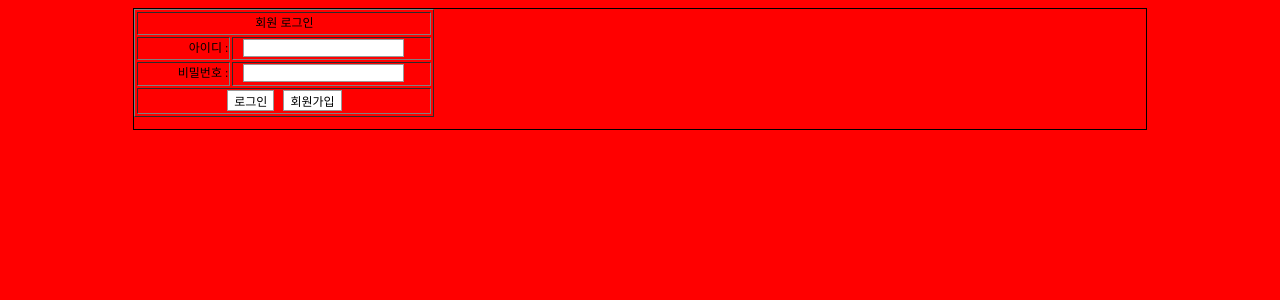
Repository: kdongjin/jspStudy
Page: http://localhost/jspStudy/memberone/login.jsp
These files come from the project's save history. The page is drawn as it stood at one moment and after the next save; the edit follows.
The browser window is 1280 px wide. The pictures show the whole page.
The page is served by Tomcat 9. Nobody is signed in. The application's start-up code is not run. Other server files are loaded and not shown.

Above is the page before, as saved 2024-12-11 00:50:14.

### jspStudy/src/main/webapp/memberone/login.jsp
<%@ page contentType="text/html; charset=UTF-8"%>
<html>
<head>
<title>Log in</title>
<link href="style.css" type="text/css" rel="stylesheet" />
</head>
<body>
	<main>
		<form method="post" action="#">
			<table width="300" border="1">
				<tr>
					<td colspan="2" align="center">회원 로그인</td>
				</tr>
				<tr>
					<td align="right" width="100">아이디 :</td>
					<td width="200">&nbsp;&nbsp; <input type="text" name="id"
						size="20" /></td>
				</tr>
				<tr>
					<td align="right" width="100">비밀번호 :</td>
					<td width="200">&nbsp;&nbsp; <input type="password"
						name="pass" size="20" /></td>
				</tr>
				<tr>
					<td colspan="2" align="center"><input type="submit"
						value="로그인" />&nbsp;&nbsp; <input type="button" value="회원가입"
						onClick="javascript:window.location='regForm.jsp'" /></td>
				</tr>
			</table>
		</form>
	</main>
</body>
</html>

### jspStudy/src/main/webapp/memberone/style.css
@charset "UTF-8";


BODY {
	FONT-SIZE: 9pt;
	COLOR: black;
	LINE-HEIGHT: 160%;
	background-color: red;
}

main {
	width: 80%;
	margin: 0 auto;
	border: 1px solid black;
}

TD {
	FONT-SIZE: 9pt;
	COLOR: black;
	LINE-HEIGHT: 160%;
}

SELECT {
	FONT-SIZE: 9pt;
	COLOR: black;
	LINE-HEIGHT: 160%;
}

DIV {
	FONT-SIZE: 9pt;
	COLOR: black;
	LINE-HEIGHT: 160%;
}

FORM {
	FONT-SIZE: 9pt;
	COLOR: black;
	LINE-HEIGHT: 160%;
}

TEXTAREA {
	BORDER-RIGHT: 1px solid #999999;
	BORDER-TOP: 1px solid #999999;
	FONT-SIZE: 9pt;
	BORDER-LEFT: 1px solid #999999;
	COLOR: BLACK;
	BORDER-BOTTOM: 1px solid #999999;
	BACKGROUND-COLOR: white
}

INPUT {
	BORDER-RIGHT: 1px solid #999999;
	BORDER-TOP: 1px solid #999999;
	FONT-SIZE: 9pt;
	BORDER-LEFT: 1px solid #999999;
	COLOR: BLACK;
	BORDER-BOTTOM: 1px solid #999999;
	BACKGROUND-COLOR: white
}

A:link {
	text-decoration: #696969
}

A:hover {
	text-decoration: #66CCFF
}

A:visited {
	text-decoration: #330066
}

After the next save:
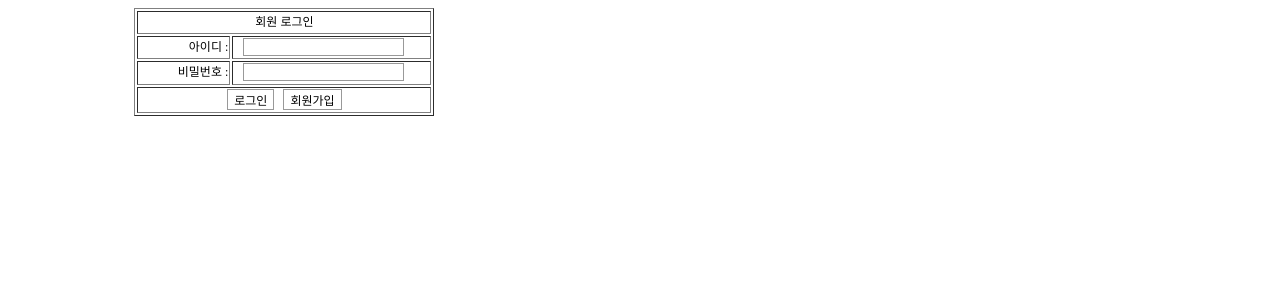
Saved 46 s later.
--- a/jspStudy/src/main/webapp/memberone/style.css
+++ b/jspStudy/src/main/webapp/memberone/style.css
@@ -5,13 +5,12 @@ BODY {
 	FONT-SIZE: 9pt;
 	COLOR: black;
 	LINE-HEIGHT: 160%;
-	background-color: red;
 }
 
 main {
 	width: 80%;
 	margin: 0 auto;
-	border: 1px solid black;
+	text-align: center;
 }
 
 TD {
